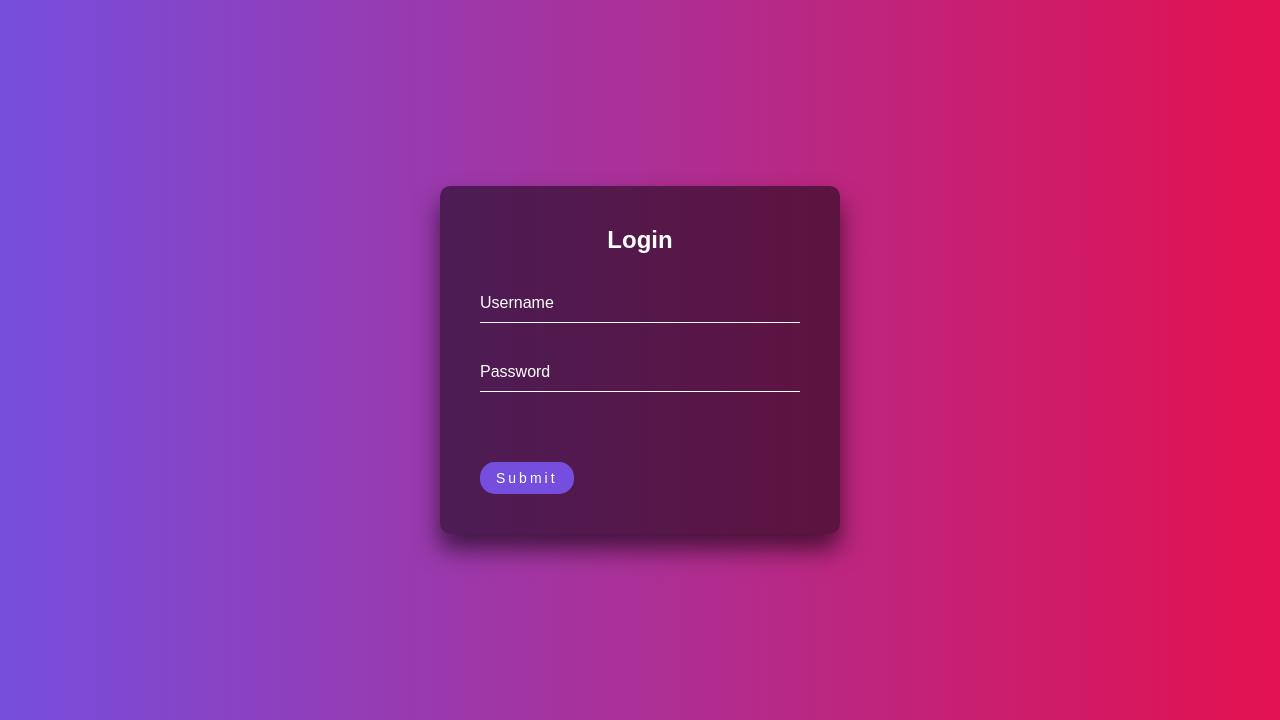
Repository: trilokdav/BATCH9BTR
Page: http://localhost/BusinessTripRequest/
An editor plug-in stored every save of this project. The page is shown before and after the next save, followed by the edit.
The browser window is 1280 px wide. The pictures show the whole page.
The page is served by Tomcat 9.

Above is the page before, as saved 2022-04-16 10:43:09.

After the next save:
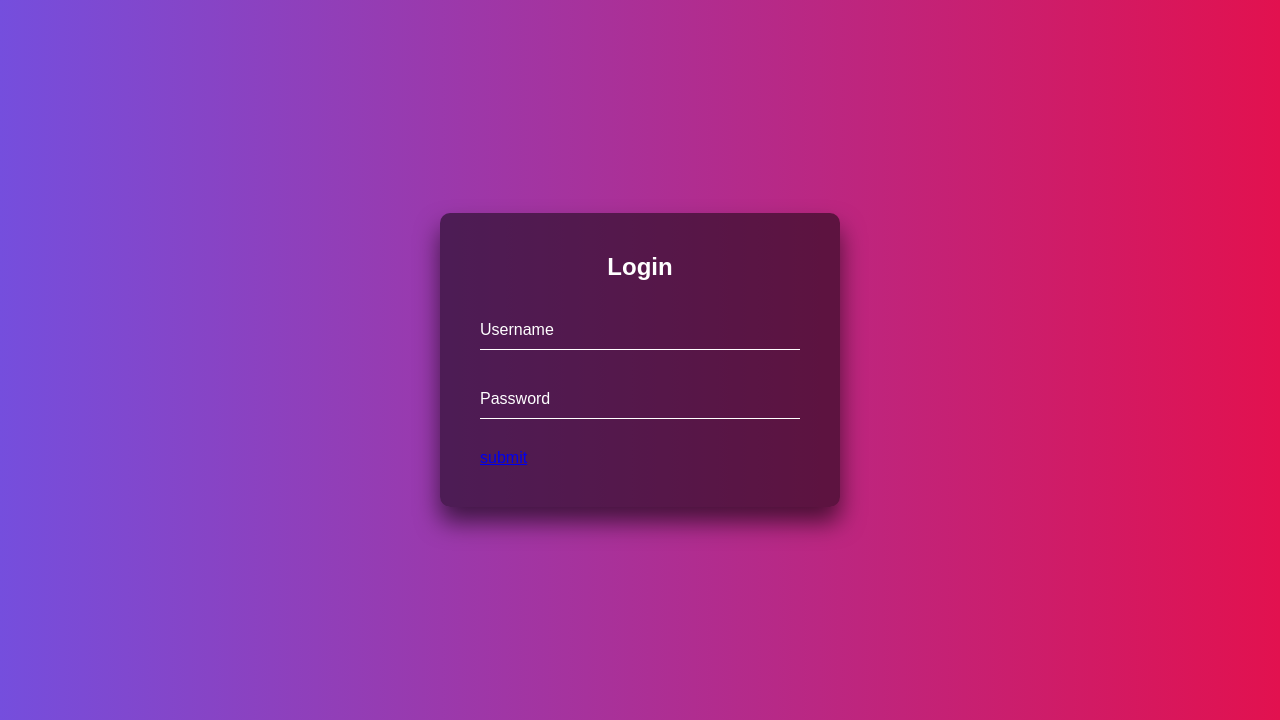
Saved 87 s later.
--- a/TECH9BTR/BusinessTripRequest/src/main/webapp/index.jsp
+++ b/TECH9BTR/BusinessTripRequest/src/main/webapp/index.jsp
@@ -24,7 +24,7 @@
       </div>
       <!-- <a href="#"><span></span>Submit</a> -->
 
-      <a href="user-dash.jsp"><button>Submit</button></a>
+      <a href="user-dash.jsp">submit</a>
     </form>
   </div>
 </body>

After the save that followed:
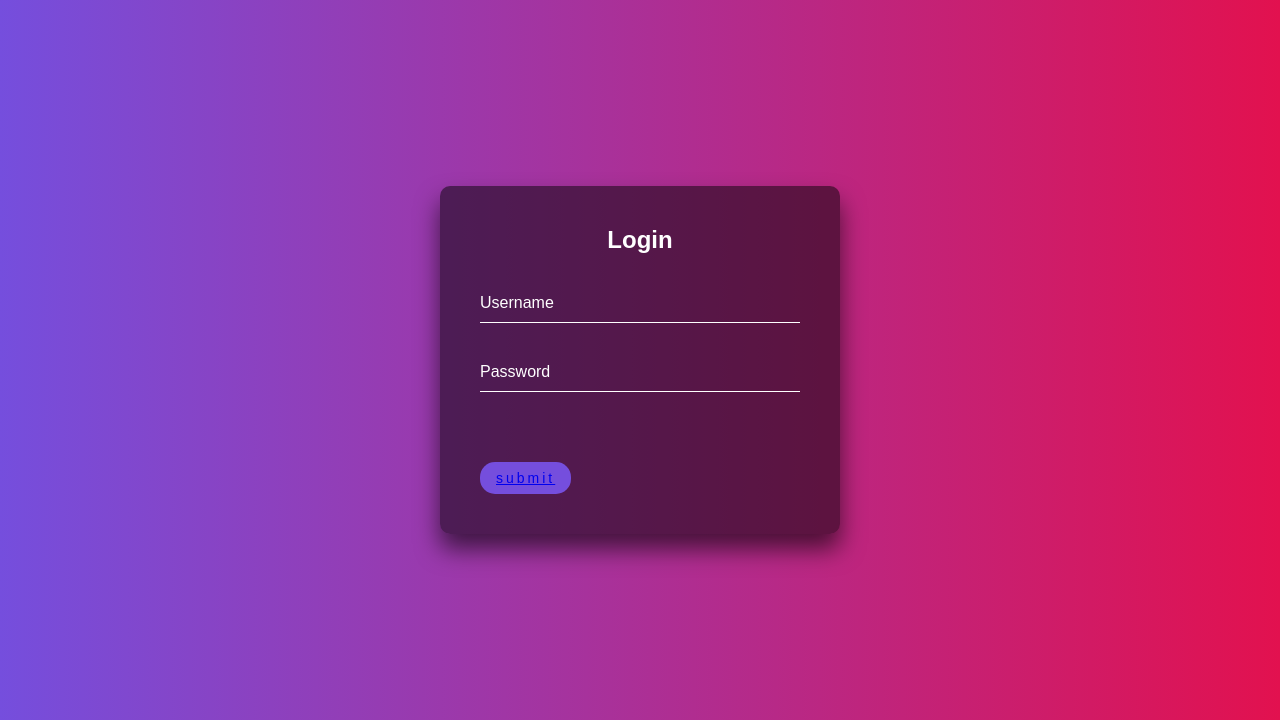
Saved 69 s later.
--- a/TECH9BTR/BusinessTripRequest/src/main/webapp/index.jsp
+++ b/TECH9BTR/BusinessTripRequest/src/main/webapp/index.jsp
@@ -24,7 +24,7 @@
       </div>
       <!-- <a href="#"><span></span>Submit</a> -->
 
-      <a href="user-dash.jsp">submit</a>
+     <button><a href="user-dash.jsp">submit</a></button>
     </form>
   </div>
 </body>
